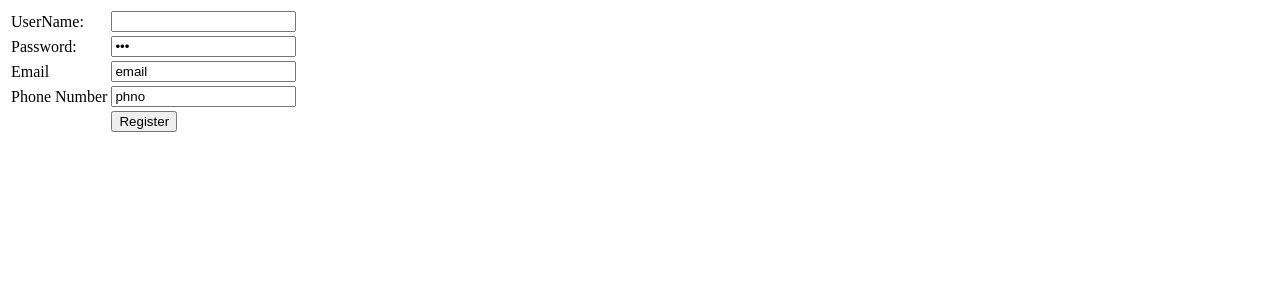
Repository: lokeshsingapuram/springmvc
Page: http://localhost/01-springmvc-forms/views/register.jsp
An editor plug-in stored every save of this project. The page is shown before and after the next save, followed by the edit.
The browser window is 1280 px wide. The pictures show the whole page.
The page is served by Tomcat 9.

Above is the page before, as saved 2020-06-18 11:04:13.

After the next save:
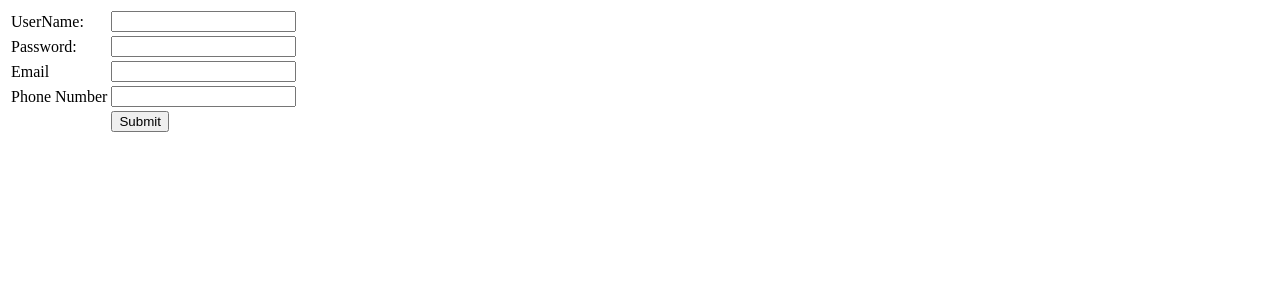
Saved 3 min 19 s later.
--- a/01-springmvc-forms/src/main/webapp/views/register.jsp
+++ b/01-springmvc-forms/src/main/webapp/views/register.jsp
@@ -16,19 +16,19 @@
 </tr>
 <tr>
 <td>Password:</td>
-<td><input type="password" value="pwd"/></td>
+<td><input type="password" name="pwd"/></td>
 </tr>
 <tr>
 <td>Email</td>
-<td><input type="text" value="email"/></td>
+<td><input type="text" name="email"/></td>
 </tr>
 <tr>
 <td>Phone Number</td>
-<td><input type="text" value="phno"/></td>
+<td><input type="text" name="phno"/></td>
 </tr>
 <tr>
 <td></td>
-<td><input type="submit" value="Register"/></td>
+<td><input type="submit" name="Register"/></td>
 </tr>
 </table>
 </form>
